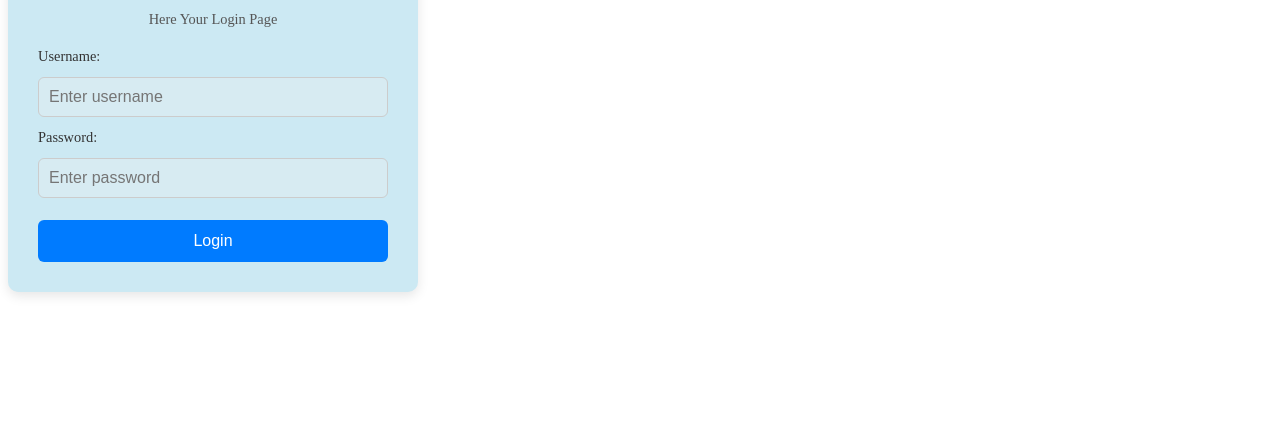
Repository: AdityaTech-Pro/FullStackWithBridgelabz
Page: login form/index.html
These files come from the project's save history. The page is drawn as it stood at one moment and after a run of saves; the edit follows.
The browser window is 1280 px wide. The pictures show the whole page.

Above is the page before, as saved 2025-11-17 09:32:02.
Console error: ReferenceError: inputUsername is not defined

After the next 3 saves:
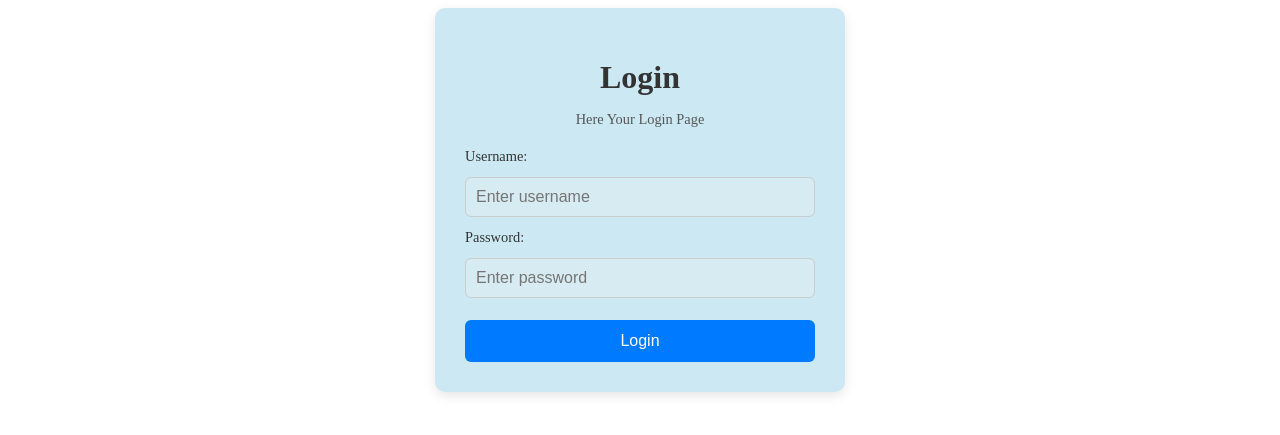
The 3 saves are shown as one change because they came seconds apart.
The last was saved 9 s later.
--- a/login form/style.css
+++ b/login form/style.css
@@ -19,7 +19,7 @@ body {
   width: 350px;
   box-shadow: 0 4px 12px rgba(0, 0, 0, 0.1); /* Soft shadow */
   text-align: center;
-  margin-top: -100px;
+  margin: auto;
 }
 
 h1 {
